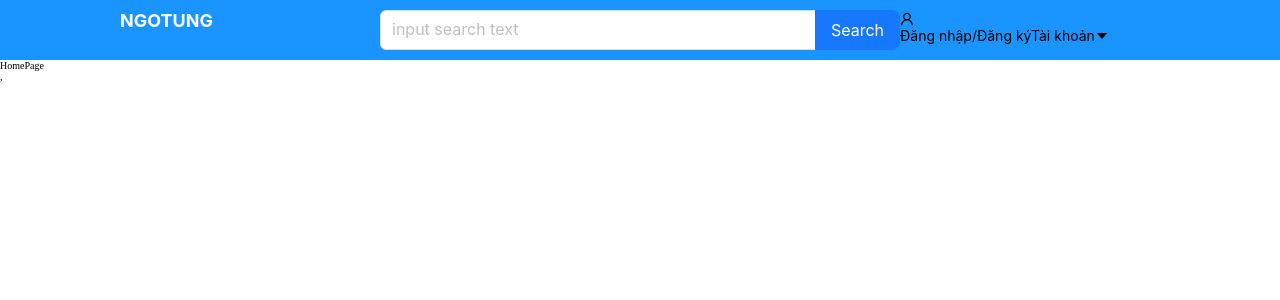
Repository: NgoThanhTung-2002/Youtube_Project
Page: /
These files come from the project's save history. The page is drawn as it stood at one moment and after the next save; the edit follows.
The browser window is 1280 px wide. The pictures show the whole page.
The project was rebuilt for these pictures with package versions that can differ from the ones it lists, and the page was loaded fresh each time. Also part of the build but not shown: src/pages/NotFoundPage/NotFoundPage.jsx. Imported but missing from the stored project, and not drawn on this page: src/pages/OrderPage/OrderPage, src/pages/ProductsPage/ProductsPage.

Above is the page before, as saved 2023-09-26 12:16:10.

After the next save:
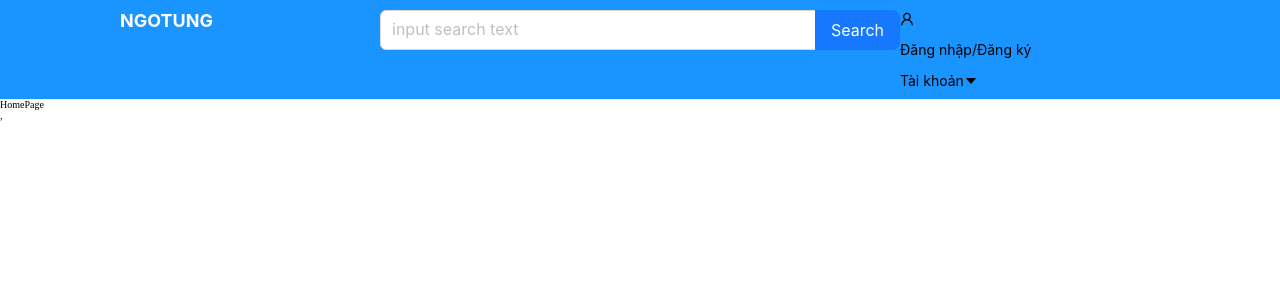
Saved 52 s later.
--- a/src/components/HeaderComponent/HeaderComponent.jsx
+++ b/src/components/HeaderComponent/HeaderComponent.jsx
@@ -27,7 +27,7 @@ const HeaderComponent = () => {
             <div>
                 <UserOutlined />
                 <div>
-                    <span>Đăng nhập/Đăng ký</span>
+                    <p>Đăng nhập/Đăng ký</p>
                     <span>Tài khoản</span>
                     <CaretDownOutlined />
                 </div>
